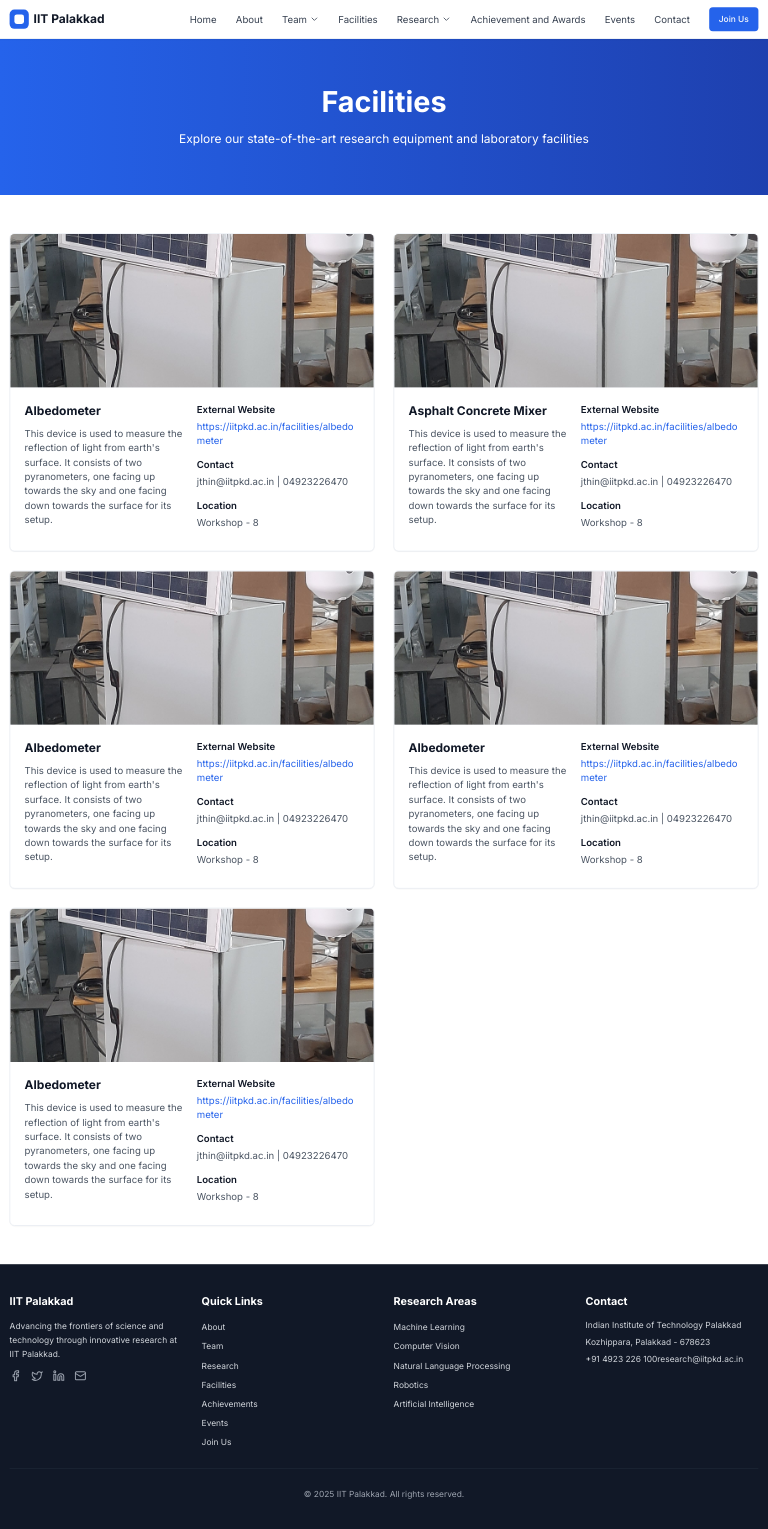
Repository: Gopikrish-30/ARISE
Page: /facilities
The author's editor kept a copy of each file at every save. The page is drawn from the files as they stood at one save, then again after a run of saves.
The browser window is 1280 px wide. The pictures show the whole page, at 60% of full size.
The project was rebuilt for these pictures with package versions that can differ from the ones it lists, and the page was loaded fresh each time. The framework's server and built-in components were replaced by stand-ins that run in the browser. Also part of the build but not shown: next.config.mjs.

Above is the page before, as saved 2025-06-27 22:42:52.

After the next 2 saves:
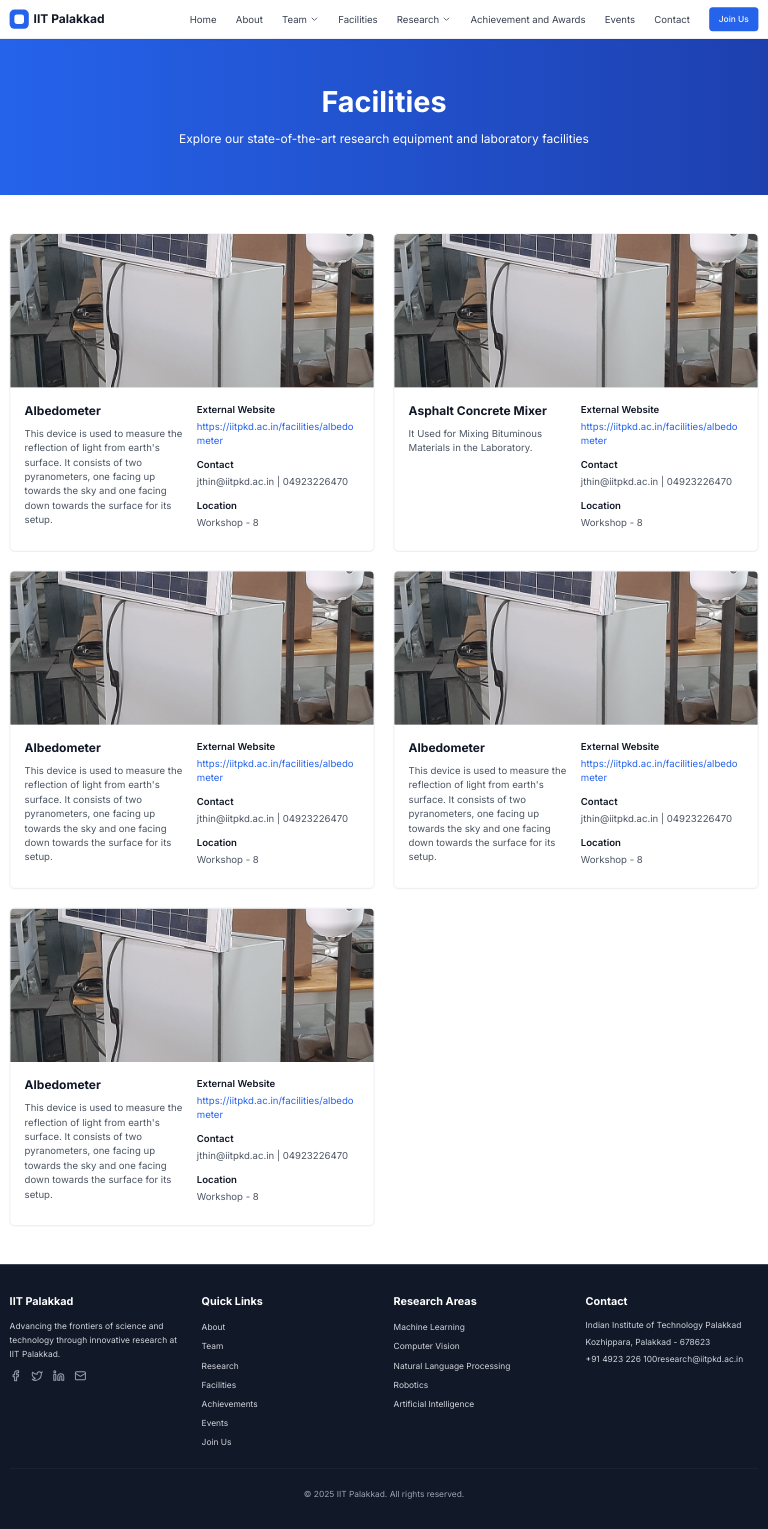
The 2 saves are shown as one change because they came seconds apart.
The last was saved 14 s later.
--- a/app/facilities/page.tsx
+++ b/app/facilities/page.tsx
@@ -19,7 +19,7 @@
 
     {
       title: "Asphalt Concrete Mixer",
-      description: "This device is used to measure the reflection of light from earth's surface. It consists of two pyranometers, one facing up towards the sky and one facing down towards the surface for its setup.",
+      description: "It Used for Mixing Bituminous Materials in the Laboratory.",
       image: "/facilities/Albedometer_0.jpg?height=250&width=400&text=HPC+Cluster",
       externalLink: "https://iitpkd.ac.in/facilities/albedometer",
       contact: "jthin@iitpkd.ac.in | 04923226470",
